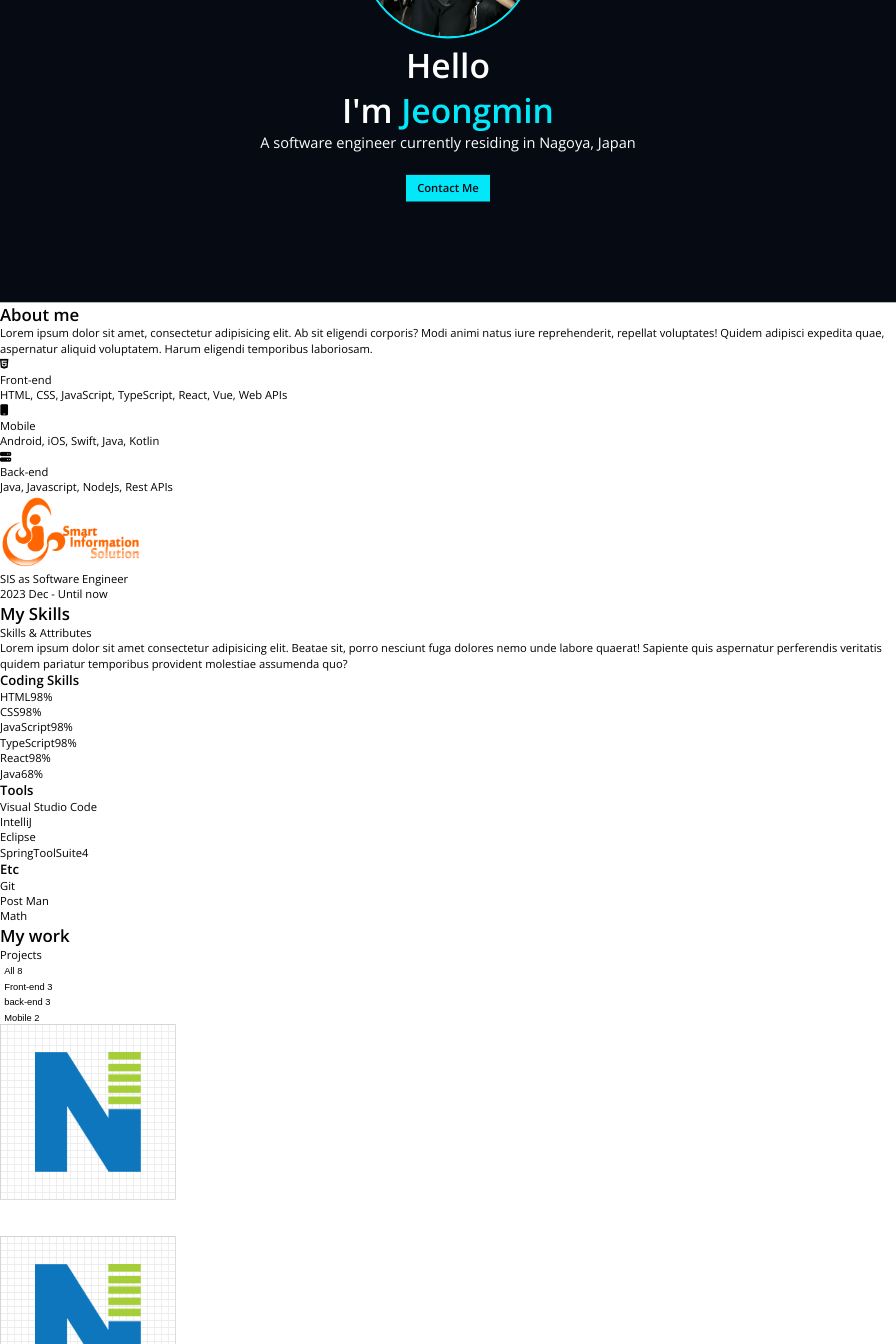
Repository: N1C0N1C0/Portfolio
Page: index.html
These files come from the project's save history. The page is drawn as it stood at one moment and after the next save; the edit follows.
The browser window is 1280 px wide. The pictures show the part of the page from y = 307 to 2227 px (the page is 5373 px tall before and 5377 px after), at 70% of full size.
The pointer rests on the first visible `.home__contact`.
Some web libraries are served in a nearby version.

Above is the page before, as saved 2023-12-16 18:38:56.

After the next save:
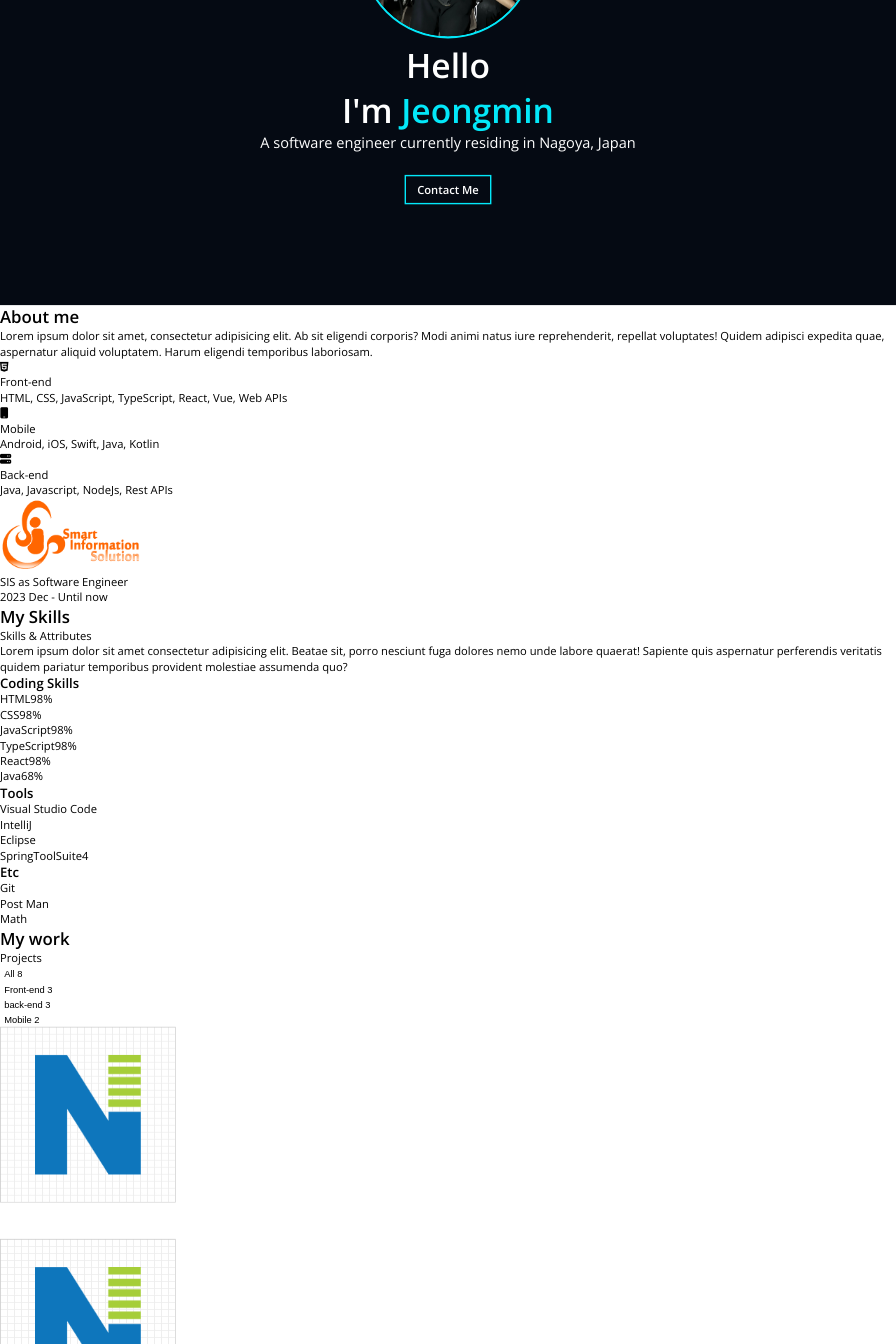
Saved 42 s later.
--- a/css/style.css
+++ b/css/style.css
@@ -132,3 +132,9 @@ button:focus {
     padding: 0.5rem 1rem;
     font-weight: bold;
 }
+
+.home__contact:hover {
+    background-color: transparent;
+    color: var(--color-text);
+    border: 2px solid var(--color-accent);
+}
